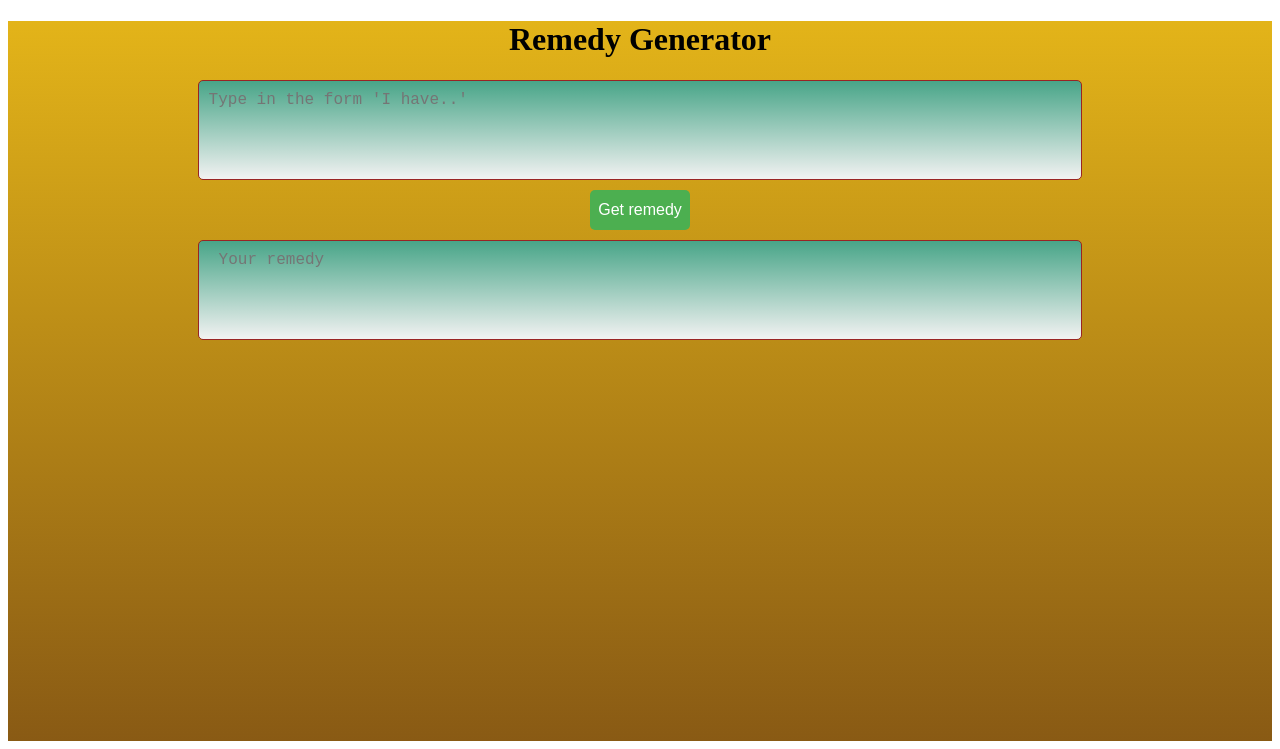
Repository: krutarthh/Ayurvedic-Remedy
Page: index.html
These files come from the project's save history. The page is drawn as it stood at one moment and after the next save; the edit follows.
The browser window is 1280 px wide. The pictures show the whole page.

Above is the page before, as saved 2024-04-06 17:39:00.

### index.html
<!DOCTYPE html>
<html>
  <head>

    <script type="importmap">
      {
        "imports": {
          "@google/generative-ai": "https://esm.run/@google/generative-ai"
        }
      }
    </script>
  </head>
  <body>
  <div class="container">
    <h1>Remedy Generator</h1>
    <link rel="stylesheet" href="app.css">
    <div>
      <textarea id="user_input" placeholder="Type in the form 'I have..'" type="container"></textarea>
    </div>
    <div>


    <button id="Send" type="container">Get remedy</button>
    </div>
    <div>
      <textarea id="answer" placeholder="Your remedy"type="container"></textarea>
    </div>
  </div>
    <script type="module" src="app.js"></script>
  </body>
</html>

### app.css
/* app.css */

.container {

    flex-direction: column;
    align-items: center;
    justify-content: center;
    height: 100vh;
    text-align: center;
    background: linear-gradient(to bottom, #e3b419, #895a14);
}

#user_input,
#answer {
    width: 70%;
    padding: 10px;
    font-size: 16px;
    border: 1px solid #992424;
    background: #efecec;
    border-radius: 5px;
    box-sizing: border-box;
    resize: none;
    height: 100px;
    margin: 0 auto;
    display: block;
    background: linear-gradient(to bottom, #48a588, #f2f2f2);

}

#user_input {
    margin-bottom: 10px;
}

#Send {
    width: 100px;
    height: 40px;
    background-color: #4CAF50;
    color: white;
    border: none;
    border-radius: 5px;
    font-size: 16px;
    cursor: pointer;
}

#answer {
    padding-left: 20px;
    margin-top: 10px;
}

### app.js
import { GoogleGenerativeAI } from "@google/generative-ai";


const API_KEY = "AIzaSyDBtZZsASIYVyQiLgik32sfZeJjd2X8IPQ";


const genAI = new GoogleGenerativeAI(API_KEY);

const model = genAI.getGenerativeModel({ model: "gemini-pro" });


const user_input = document.getElementById("user_input");
const answer_area = document.getElementById("answer");
const send_button = document.getElementById("Send");

send_button.addEventListener("click", async () => {
    const question = user_input.value;
    const answer = await generateText(question + "give me a ayurvedic remidy, the answer should be short and specific behave like a chatbot dont format your answers just give simple text answers.");
    answer_area.textContent = answer;
});

async function generateText(prompt) {

    const result = await model.generateContent(prompt);
    const response = await result.response;
    const text = await response.text();
    return text;
}

After the next save:
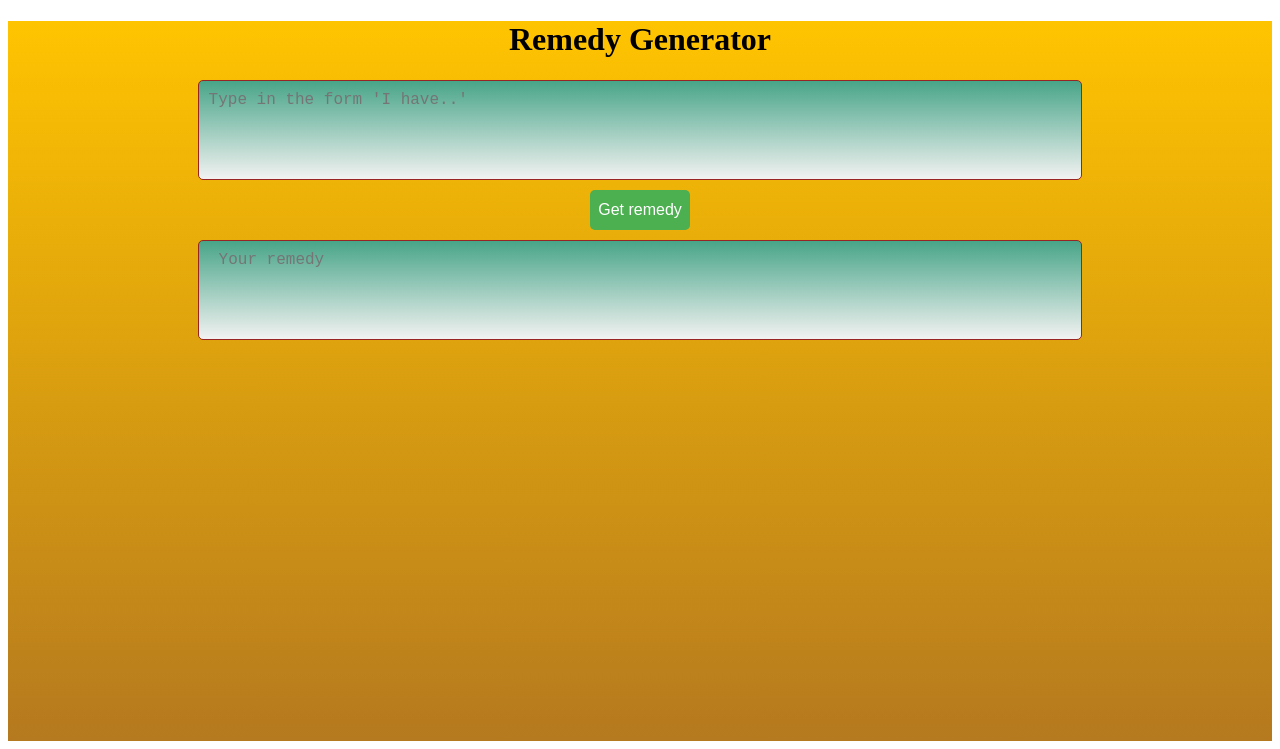
Saved 24 s later.
--- a/app.css
+++ b/app.css
@@ -7,7 +7,7 @@
     justify-content: center;
     height: 100vh;
     text-align: center;
-    background: linear-gradient(to bottom, #e3b419, #895a14);
+    background: linear-gradient(to bottom, #ffc400, #b5791f);
 }
 
 #user_input,
